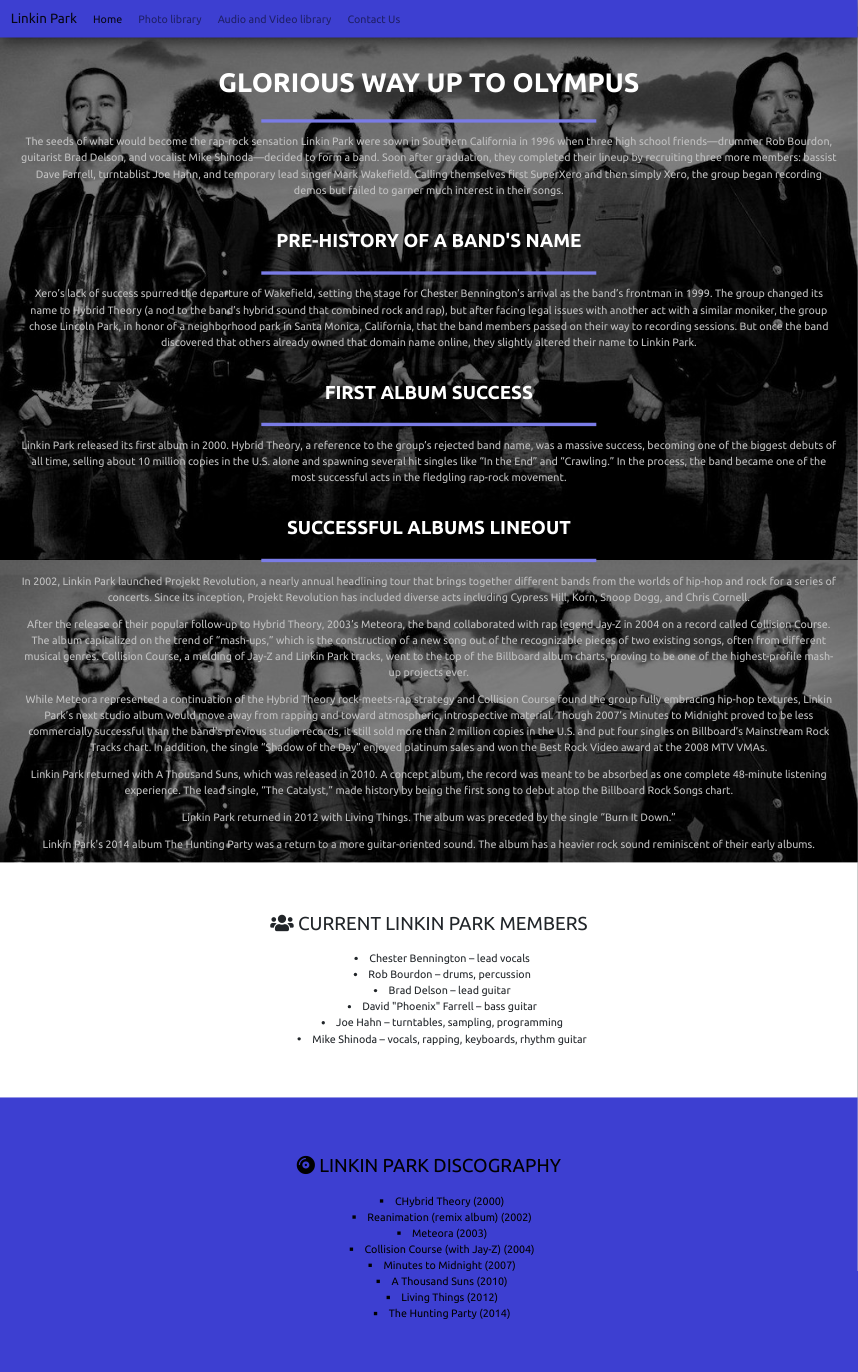
Repository: vaida898/website
Page: index.html
The author's editor kept a record of every edit. The page is drawn from the files as they stood at one moment, then again after the next edit.
The browser window is 1280 px wide. The pictures show the whole page, at 67% of full size.
Backgrounds fixed to the window are drawn as part of the page. Some web libraries are served in a nearby version.

Above is the page before.
Console error: TypeError: Cannot read properties of undefined (reading 'fn')

After the next edit:
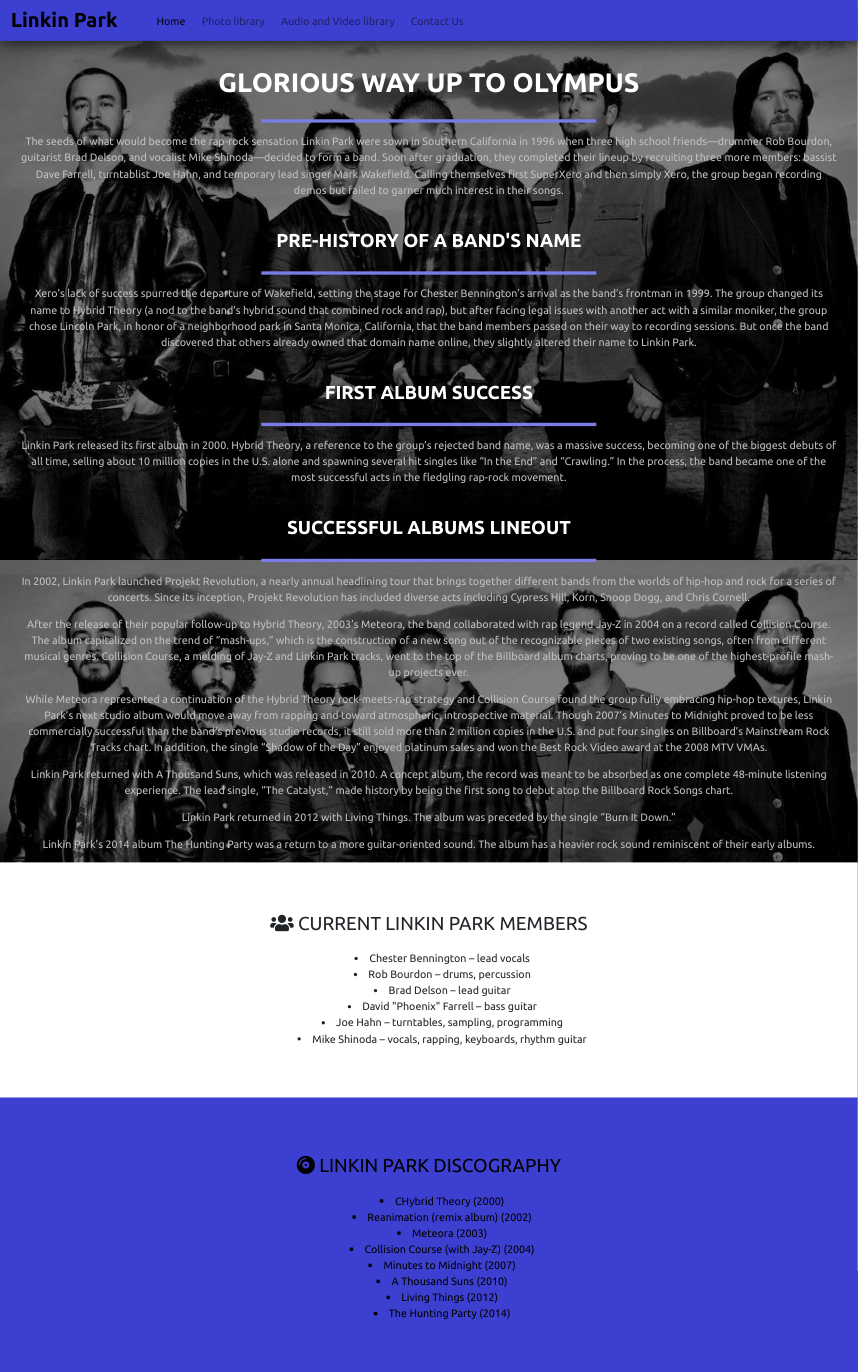
The edit:
--- a/index.html
+++ b/index.html
@@ -25,7 +25,7 @@
     <header>
         <div class="container-fluid navalert-container">
             <nav class="navbar navbar-light navbar-expand-sm" style="background-color: #3D3FD1">
-                <a href="/" class="navbar-brand">Linkin Park</a>
+                <a href="index.html" class="brand">Linkin Park</a>
 
                 <button class="navbar-toggler ml-auto" type="button" data-toggle="collapse" data-target="#navbarNavDropdown" aria-controls="navbarNavDropdown" aria-expanded="false" aria-label="Toggle navigation">
         <span class="navbar-toggler-icon"></span></button>
